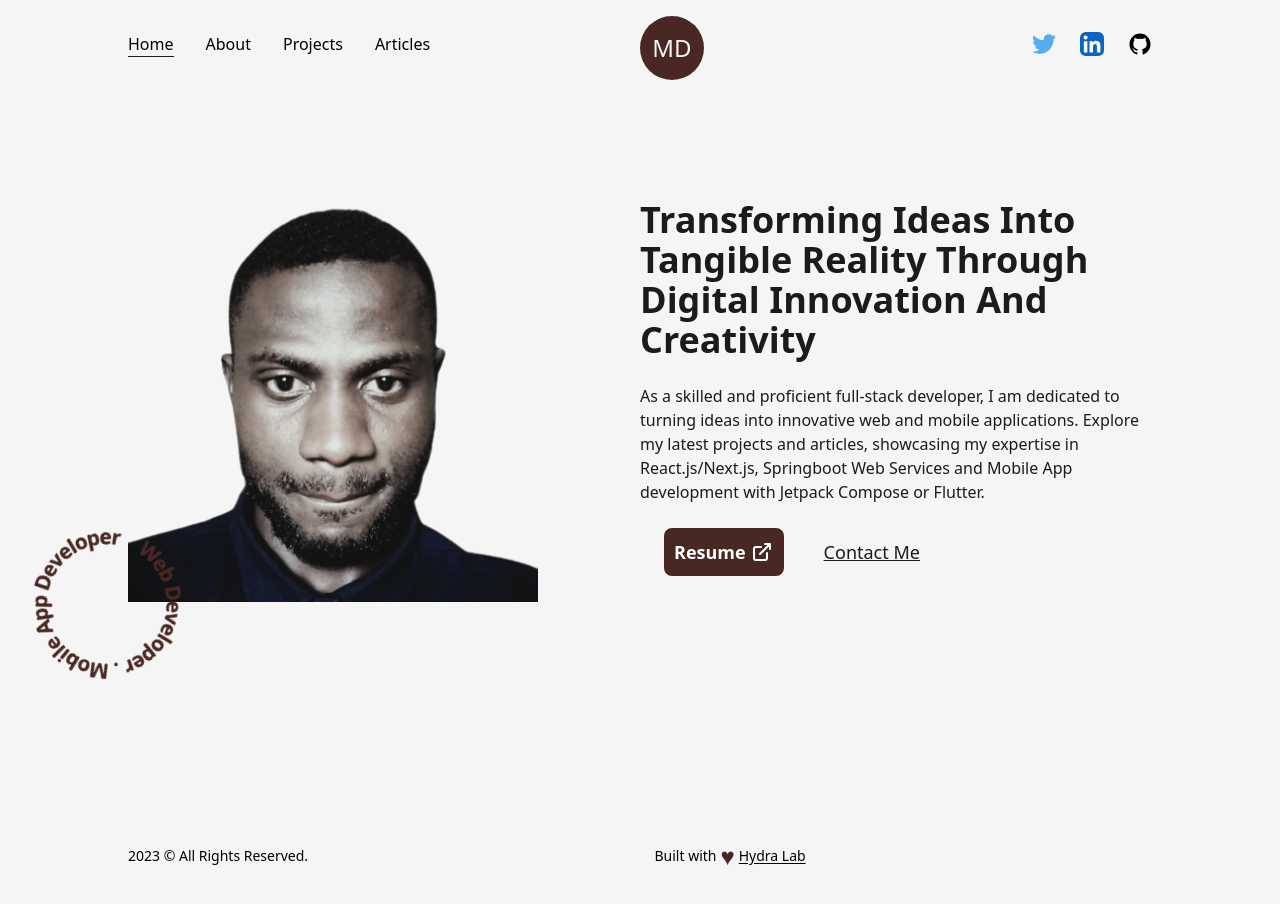
Repository: marcusdashe/situs
Page: /
An editor plug-in stored every save of this project. The page is shown before and after the next save, followed by the edit.
The browser window is 1280 px wide. The pictures show the whole page.
The project was rebuilt for these pictures with package versions that can differ from the ones it lists, and the page was loaded fresh each time. The framework's server and built-in components were replaced by stand-ins that run in the browser.

Above is the page before, as saved 2023-06-16 18:16:07.

After the next save:
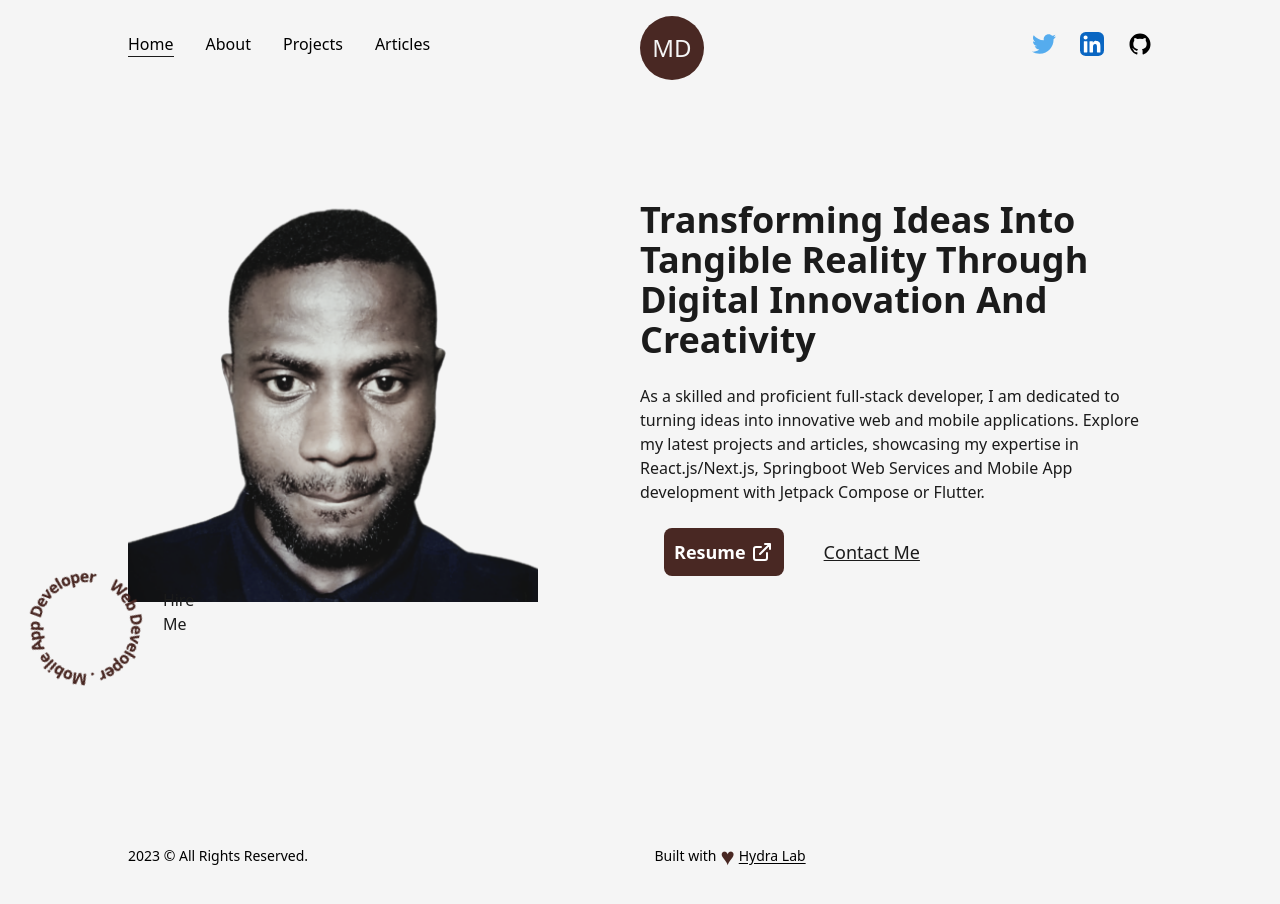
Saved 78 s later.
--- a/src/components/HireMe.jsx
+++ b/src/components/HireMe.jsx
@@ -8,7 +8,7 @@ const HireMe = () => {
       <div className="w-48 h-auto flex items-center justify-center relative">
         <CircularText className="fill-primaryDark animate-spin-slow" />
 
-        <Link href="mailto:marcusdashe.developer@gmail.com"></Link>
+        <Link href="mailto:marcusdashe.developer@gmail.com">Hire Me</Link>
       </div>
     </div>
   );

After the 2 saves that followed:
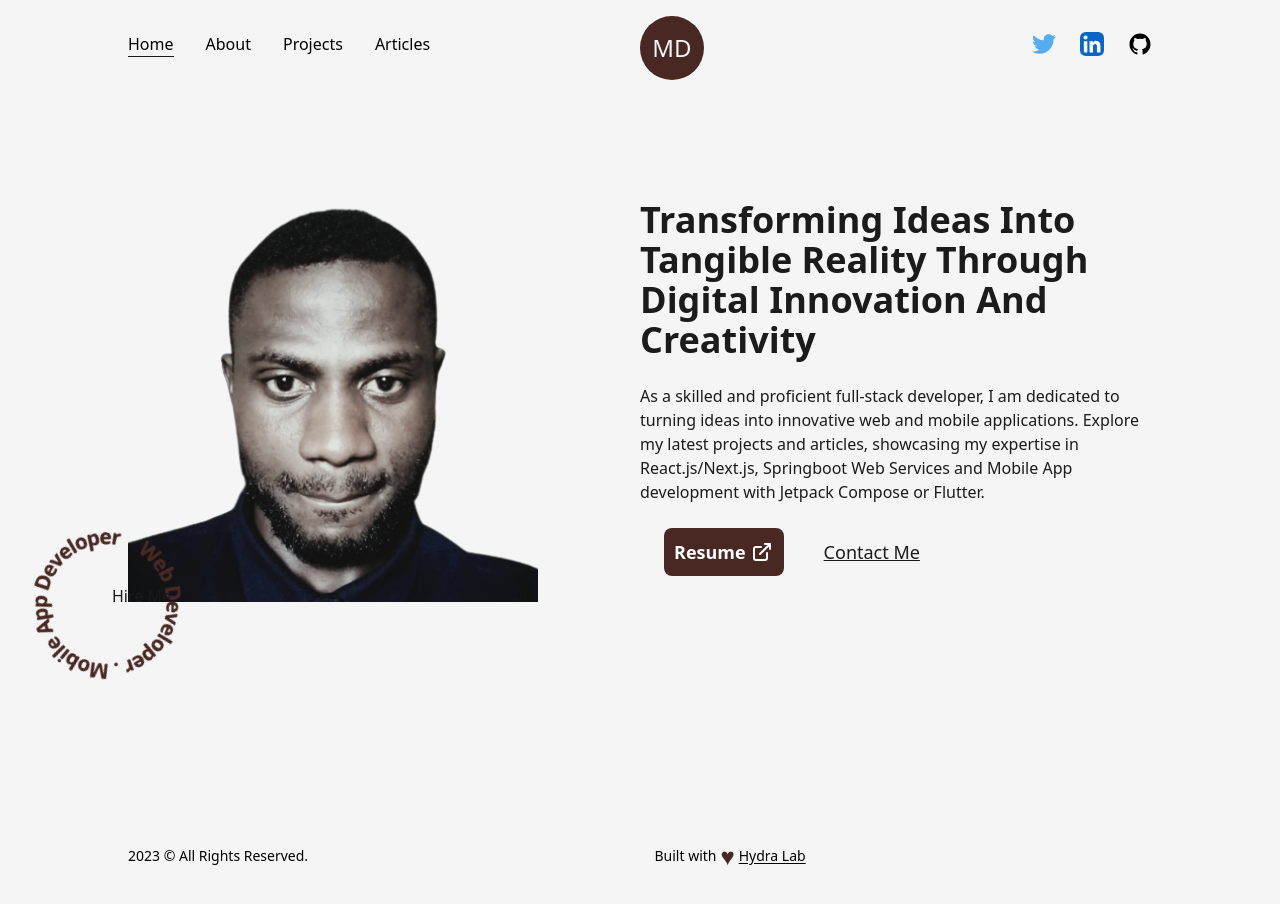
The 2 saves are shown as one change because 1 left the picture as it was.
The last was saved 2 min 7 s later.
--- a/src/components/HireMe.jsx
+++ b/src/components/HireMe.jsx
@@ -8,7 +8,12 @@ const HireMe = () => {
       <div className="w-48 h-auto flex items-center justify-center relative">
         <CircularText className="fill-primaryDark animate-spin-slow" />
 
-        <Link href="mailto:marcusdashe.developer@gmail.com">Hire Me</Link>
+        <Link
+          href="mailto:marcusdashe.developer@gmail.com"
+          className="flex item-center justify-center absolute left-1/2 top-1/2 "
+        >
+          Hire Me
+        </Link>
       </div>
     </div>
   );
